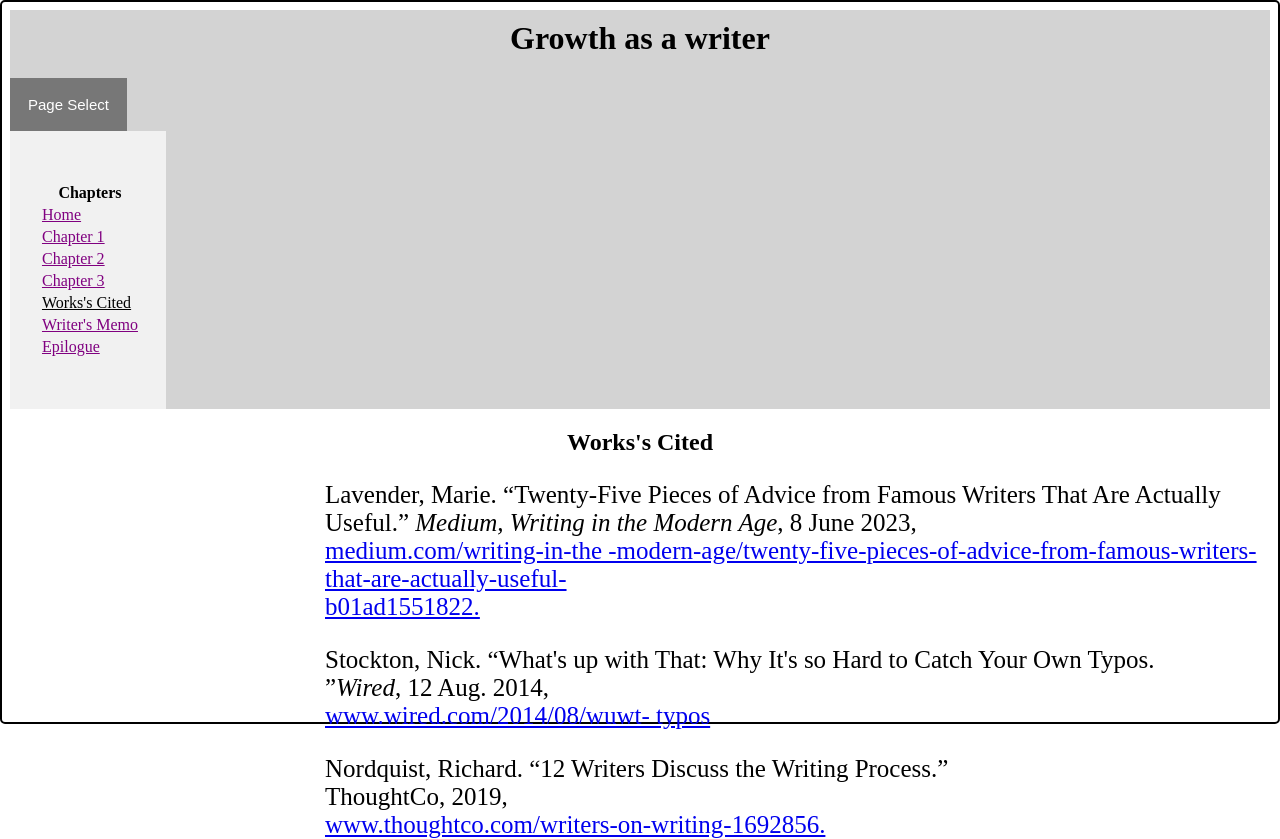
Repository: jpaisiem/WP-4
Page: WorksCited.html
An editor plug-in stored every save of this project. The page is shown before and after the next save, followed by the edit.
The browser window is 1280 px wide. The pictures show the whole page.

Above is the page before, as saved 2025-05-01 13:00:48.
Console error: TypeError: Cannot read properties of undefined (reading 'toggle')

After the next save:
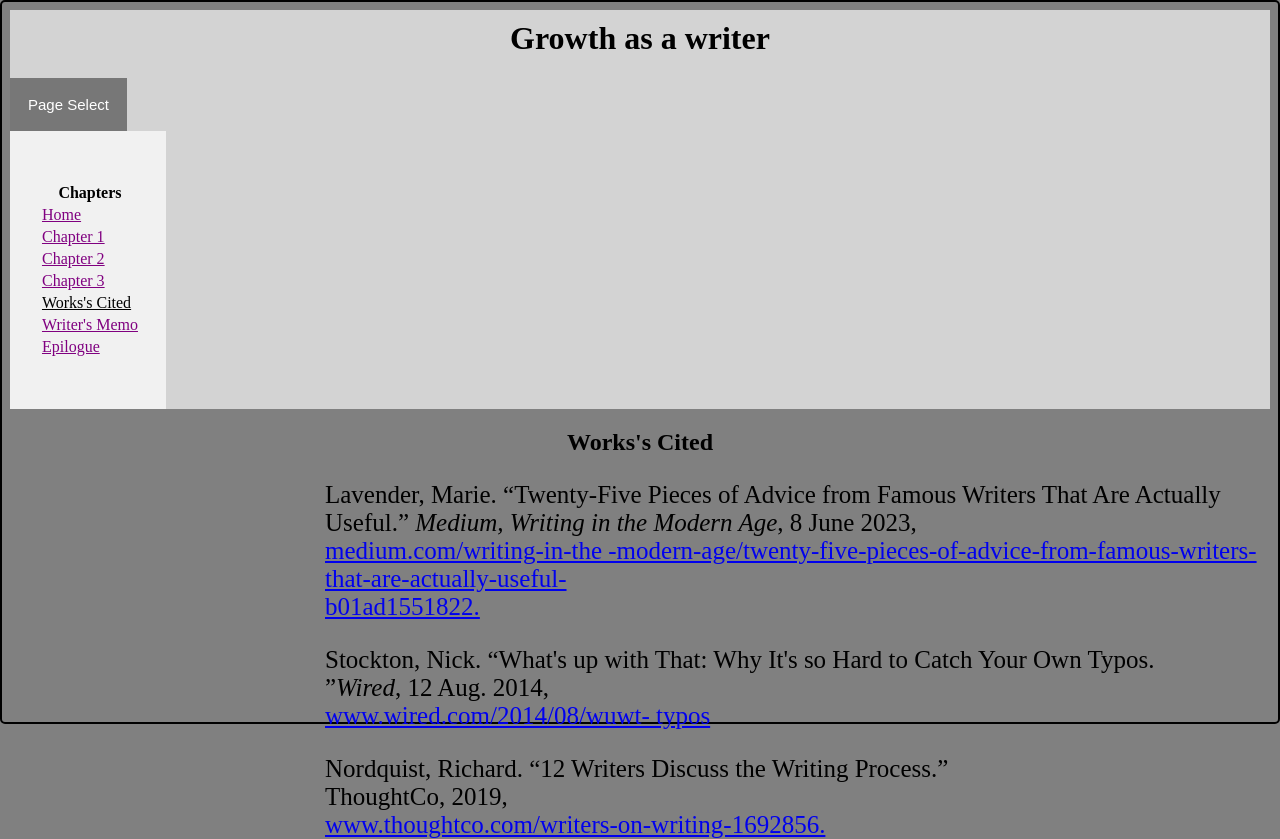
Saved 6 s later.
--- a/WorksCited.html
+++ b/WorksCited.html
@@ -48,7 +48,7 @@ html
  border-color: black;
  border-radius: 5px;
  height: 100%;
- background-color: g;
+ background-color: grey;
 }
 </style>
 <title>Growth as a writer - Work&apos;s Cited</title>

After the save that followed:
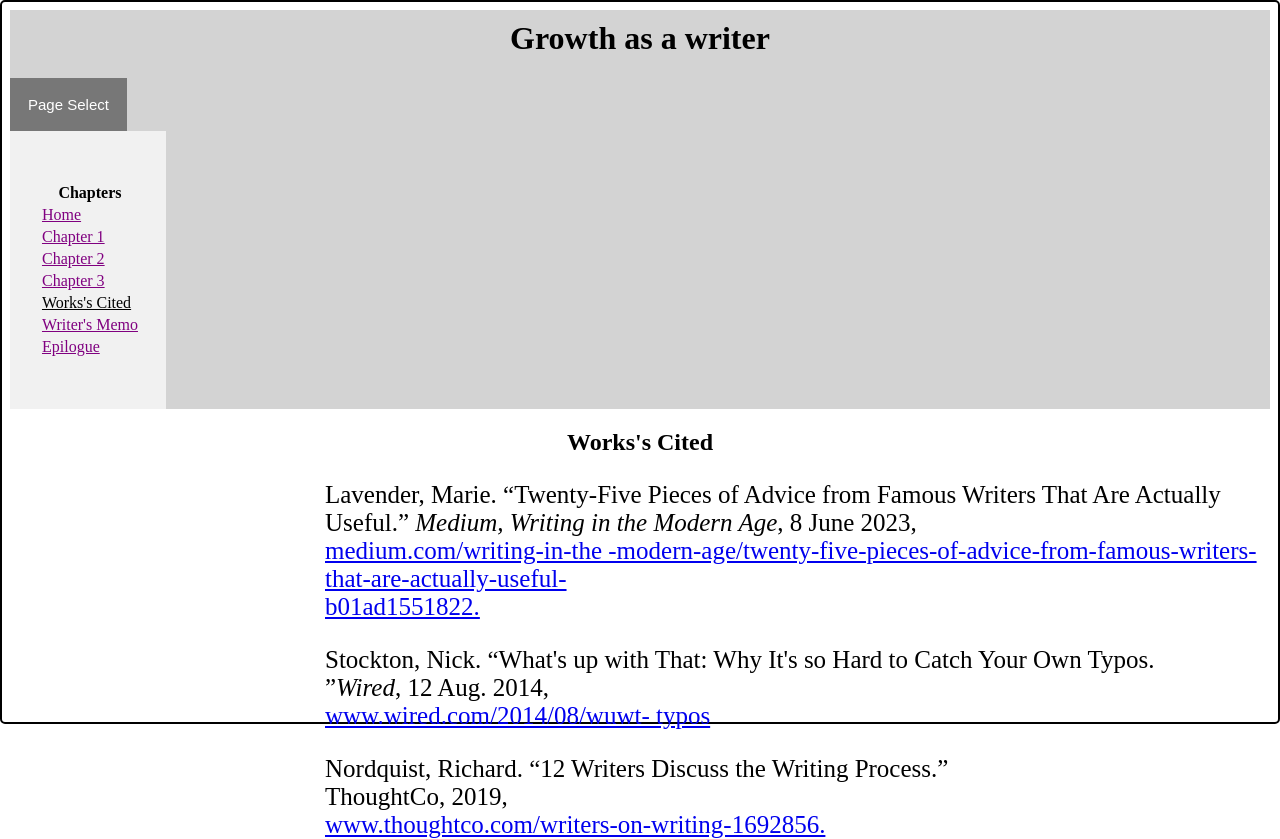
Saved 5 s later.
--- a/WorksCited.html
+++ b/WorksCited.html
@@ -48,7 +48,6 @@ html
  border-color: black;
  border-radius: 5px;
  height: 100%;
- background-color: grey;
 }
 </style>
 <title>Growth as a writer - Work&apos;s Cited</title>
